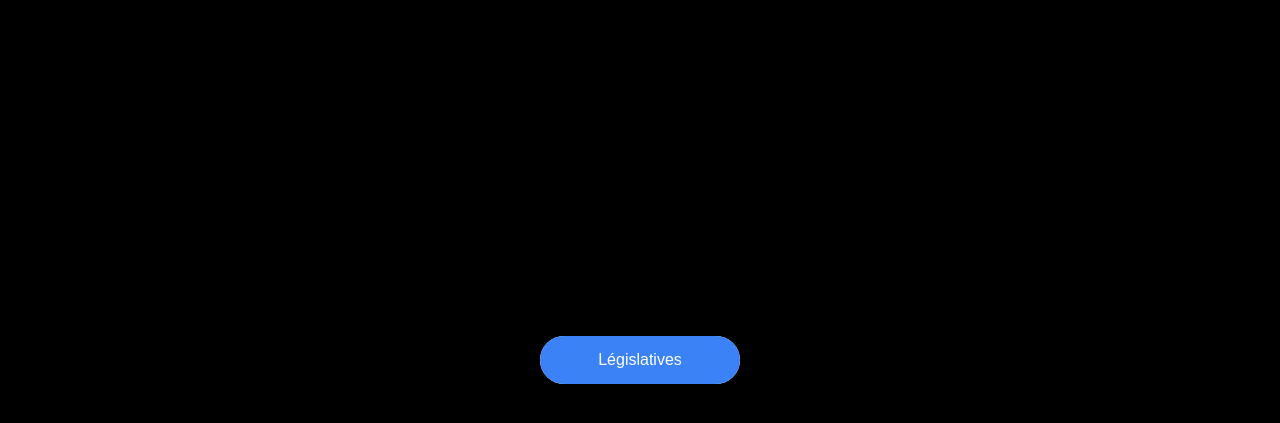
Repository: MDiouf9/legislatives
Page: /
These files come from the project's save history. The page is drawn as it stood at one moment and after the next save; the edit follows.
The browser window is 1280 px wide. The pictures show the whole page.
The project was rebuilt for these pictures with package versions that can differ from the ones it lists, and the page was loaded fresh each time. The framework's server and built-in components were replaced by stand-ins that run in the browser. Also part of the build but not shown: next.config.ts.

Above is the page before, as saved 2024-10-31 20:47:17.

### src/app/layout.tsx
import type { Metadata } from "next";
import localFont from "next/font/local";
import "./globals.css";


const geistSans = localFont({
  src: "./fonts/GeistVF.woff",
  variable: "--font-geist-sans",
  weight: "100 900",
});
const geistMono = localFont({
  src: "./fonts/GeistMonoVF.woff",
  variable: "--font-geist-mono",
  weight: "100 900",
});

export const metadata: Metadata = {
  title: "Legislatives 2024",
  description: " Pour mettre en avant les legislatives ",
};

export default function RootLayout({
  children,
}: Readonly<{
  children: React.ReactNode;
}>) {
  return (
    <html lang="en">
      <body
        className={`${geistSans.variable} ${geistMono.variable} antialiased`}
      >
        {children}
      </body>
    </html>
  );
}

### src/app/page.tsx
"use client"

import { Boutton } from "./Composants/Boutton"

export default function Page() {
  return (


  <div className="flex justify-center items-center min-h-screen">
   <div className="max-w-md ">
   {/* <button
  type="button"
  className="text-white bg-gradient-to-r from-green-600 via-yellow-500 to-red-600 hover:bg-gradient-to-br focus:ring-4 focus:outline-none focus:ring-yellow-300 dark:focus:ring-yellow-800 shadow-lg shadow-yellow-500/50 dark:shadow-lg dark:shadow-yellow-800/80 font-medium rounded-lg text-sm px-5 py-2.5 text-center me-2 mb-2"
>
  Legislatives

</button> */}
<Boutton/>
   </div>

  </div>
   )
}

### src/app/globals.css
@tailwind base;
@tailwind components;
@tailwind utilities;

/* :root {
  --background: #ffffff;
  --foreground: #171717;
}

@media (prefers-color-scheme: dark) {
  :root {
    --background: #0a0a0a;
    --foreground: #ededed;
  }
} */

body {
  /* color: var(--foreground);*/
  background: black;
  font-family: Arial, Helvetica, sans-serif;
}

### src/app/Composants/Boutton.tsx
"use client"
import React, { useState } from 'react'
import { AnimatePresence, motion } from 'framer-motion'
import { X } from 'lucide-react'

interface Logo {
  id: number;
  src: string;
  photo: string;
}

const logos: Logo[] = [
  { id: 1, src: '/pastef.jpg', photo: '/soko.jpg' },
  { id: 2, src: '/jame.jpg', photo: '/amaba.jpg' },
  { id: 3, src: '/samekadu.jpg', photo: '/bandit.jpg' }
];

export const Boutton = () => {
  const [isRevealed, setIsRevealed] = useState(false);
  const [selectedLogo, setSelectedLogo] = useState<Logo | null>(null);

  const containerVariants = {
    initial: { width: '200px', borderRadius: '9999px' },
    revealed: { width: '100%', borderRadius: '16px', transition: { duration: 0.5, ease: 'easeInOut' } }
  };

  const logoVariants = {
    initial: { opacity: 0, x: -20, display: 'none' },
    revealed: { opacity: 1, x: 0, display: 'flex', transition: { duration: 0.3, delay: 0.3 } }
  };

  const imageVariants = {
    initial: { opacity: 0, y: 20 },
    revealed: { opacity: 1, y: 0, transition: { duration: 0.3 } }
  };

  const toggleRevealed = () => setIsRevealed(!isRevealed);

  return (
    <motion.div
      className='bg-white shadow-lg rounded-full overflow-hidden'
      initial="initial"
      animate={isRevealed ? 'revealed' : 'initial'}
      variants={containerVariants}
    >
      {!isRevealed ? (
        <motion.button
          onClick={toggleRevealed}
          className="px-6 py-3 bg-blue-500 text-white w-full flex items-center justify-center"
          whileHover={{ scale: 1.05 }}
          whileTap={{ scale: 0.95 }}
        >
          Législatives
        </motion.button>
      ) : (
        <AnimatePresence>
          <motion.div
            className='flex items-center space-x-4 p-4'
            initial="initial"
            animate="revealed"
            exit="initial"
            variants={logoVariants}
          >
            {logos.map((logo) => (
              <motion.div
                className='relative'
                key={logo.id}
                onHoverStart={() => setSelectedLogo(logo)}
                onHoverEnd={() => setSelectedLogo(null)}
                whileHover={{ scale: 1.1 }}
              >
                <img src={logo.src} alt="logo parties" className='w-10 h-10 rounded-full cursor-pointer' />
              </motion.div>
            ))}
            <motion.button
              onClick={toggleRevealed}
              className="ml-auto bg-red-500 text-white p-2 rounded-full"
              whileHover={{ scale: 1.1 }}
              whileTap={{ scale: 0.9 }}
            >
              <X />
            </motion.button>
          </motion.div>
          <AnimatePresence>
            {selectedLogo && (
              <motion.div
              key={`selected-${selectedLogo.id}`}
                initial="initial"
                animate="revealed"
                exit="initial"
                variants={imageVariants}
                className="w-full max-w-2xl mt-4 mx-auto"
              >
                <img
                  src={selectedLogo.photo}
                  alt="Selected logo"
                  className="w-full h-48 object-cover rounded-lg shadow-lg"
                />
              </motion.div>
            )}
          </AnimatePresence>
        </AnimatePresence>
      )}
    </motion.div>
  );
};

Loaded but not shown: tailwind.config.ts (common file)

After the next save:
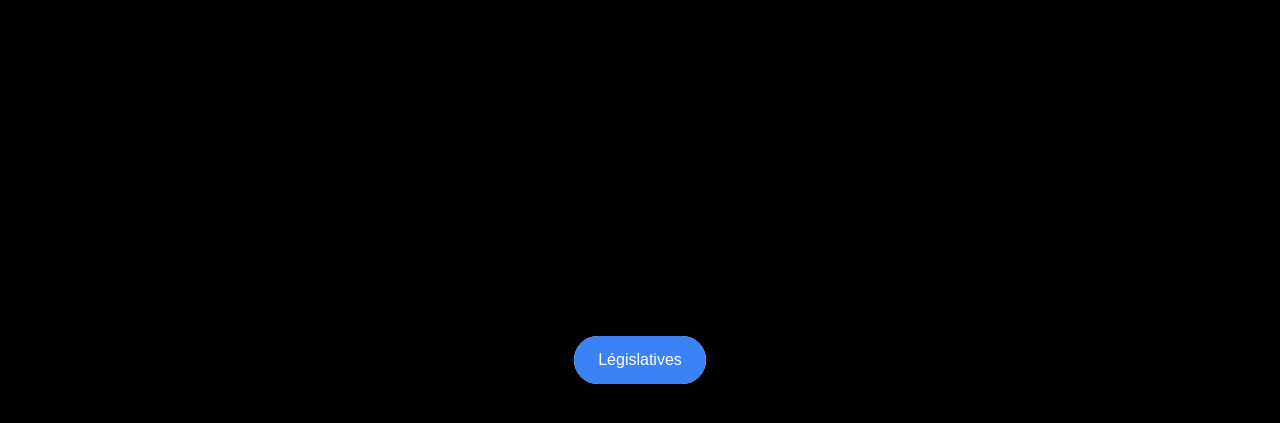
Saved 2 h 2 min later.
--- a/src/app/Composants/Boutton.tsx
+++ b/src/app/Composants/Boutton.tsx
@@ -1,7 +1,7 @@
-"use client"
-import React, { useState } from 'react'
-import { AnimatePresence, motion } from 'framer-motion'
-import { X } from 'lucide-react'
+"use client";
+import React, { useState } from 'react';
+import { AnimatePresence, motion } from 'framer-motion';
+import { X } from 'lucide-react';
 
 interface Logo {
   id: number;
@@ -19,21 +19,6 @@
   const [isRevealed, setIsRevealed] = useState(false);
   const [selectedLogo, setSelectedLogo] = useState<Logo | null>(null);
 
-  const containerVariants = {
-    initial: { width: '200px', borderRadius: '9999px' },
-    revealed: { width: '100%', borderRadius: '16px', transition: { duration: 0.5, ease: 'easeInOut' } }
-  };
-
-  const logoVariants = {
-    initial: { opacity: 0, x: -20, display: 'none' },
-    revealed: { opacity: 1, x: 0, display: 'flex', transition: { duration: 0.3, delay: 0.3 } }
-  };
-
-  const imageVariants = {
-    initial: { opacity: 0, y: 20 },
-    revealed: { opacity: 1, y: 0, transition: { duration: 0.3 } }
-  };
-
   const toggleRevealed = () => setIsRevealed(!isRevealed);
 
   return (
@@ -41,14 +26,11 @@
       className='bg-white shadow-lg rounded-full overflow-hidden'
       initial="initial"
       animate={isRevealed ? 'revealed' : 'initial'}
-      variants={containerVariants}
     >
       {!isRevealed ? (
         <motion.button
           onClick={toggleRevealed}
           className="px-6 py-3 bg-blue-500 text-white w-full flex items-center justify-center"
-          whileHover={{ scale: 1.05 }}
-          whileTap={{ scale: 0.95 }}
         >
           Législatives
         </motion.button>
@@ -59,15 +41,13 @@
             initial="initial"
             animate="revealed"
             exit="initial"
-            variants={logoVariants}
           >
             {logos.map((logo) => (
               <motion.div
+                key={logo.id} // Clé unique pour chaque logo
                 className='relative'
-                key={logo.id}
                 onHoverStart={() => setSelectedLogo(logo)}
                 onHoverEnd={() => setSelectedLogo(null)}
-                whileHover={{ scale: 1.1 }}
               >
                 <img src={logo.src} alt="logo parties" className='w-10 h-10 rounded-full cursor-pointer' />
               </motion.div>
@@ -75,8 +55,6 @@
             <motion.button
               onClick={toggleRevealed}
               className="ml-auto bg-red-500 text-white p-2 rounded-full"
-              whileHover={{ scale: 1.1 }}
-              whileTap={{ scale: 0.9 }}
             >
               <X />
             </motion.button>
@@ -84,11 +62,10 @@
           <AnimatePresence>
             {selectedLogo && (
               <motion.div
-              key={`selected-${selectedLogo.id}`}
+                key={`selected-${selectedLogo.id}`} // Clé unique pour l'image sélectionnée
                 initial="initial"
                 animate="revealed"
                 exit="initial"
-                variants={imageVariants}
                 className="w-full max-w-2xl mt-4 mx-auto"
               >
                 <img

After the save that followed:
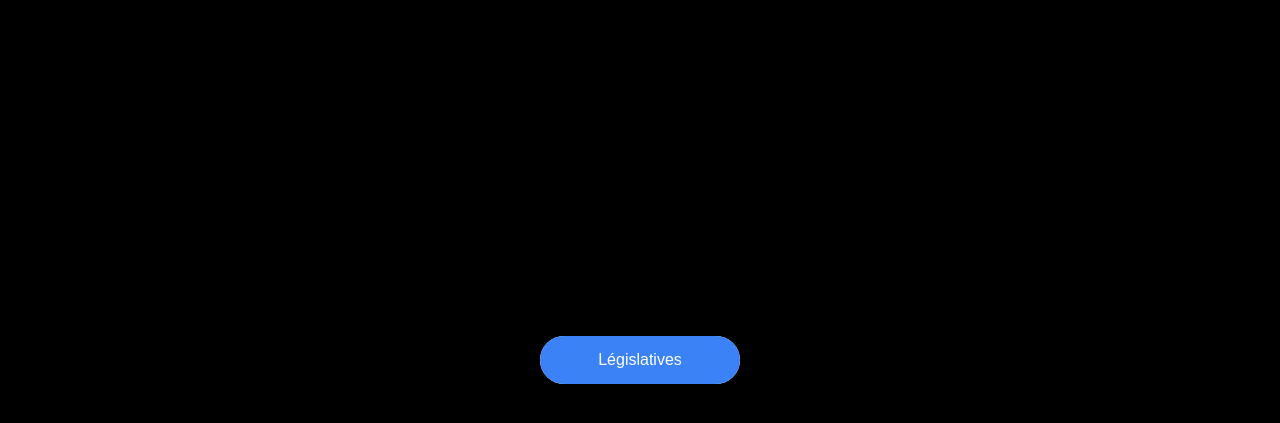
Saved 2 min 11 s later.
--- a/src/app/Composants/Boutton.tsx
+++ b/src/app/Composants/Boutton.tsx
@@ -19,6 +19,21 @@
   const [isRevealed, setIsRevealed] = useState(false);
   const [selectedLogo, setSelectedLogo] = useState<Logo | null>(null);
 
+  const containerVariants = {
+    initial: { width: '200px', borderRadius: '9999px' },
+    revealed: { width: '100%', borderRadius: '16px', transition: { duration: 0.5, ease: 'easeInOut' } }
+  };
+
+  const logoVariants = {
+    initial: { opacity: 0, x: -20 },
+    revealed: { opacity: 1, x: 0, transition: { duration: 0.3 } }
+  };
+
+  const imageVariants = {
+    initial: { opacity: 0, y: 20 },
+    revealed: { opacity: 1, y: 0, transition: { duration: 0.3 } }
+  };
+
   const toggleRevealed = () => setIsRevealed(!isRevealed);
 
   return (
@@ -26,6 +41,7 @@
       className='bg-white shadow-lg rounded-full overflow-hidden'
       initial="initial"
       animate={isRevealed ? 'revealed' : 'initial'}
+      variants={containerVariants}
     >
       {!isRevealed ? (
         <motion.button
@@ -48,6 +64,8 @@
                 className='relative'
                 onHoverStart={() => setSelectedLogo(logo)}
                 onHoverEnd={() => setSelectedLogo(null)}
+                whileHover={{ scale: 1.1 }}
+                variants={logoVariants}
               >
                 <img src={logo.src} alt="logo parties" className='w-10 h-10 rounded-full cursor-pointer' />
               </motion.div>
@@ -62,10 +80,11 @@
           <AnimatePresence>
             {selectedLogo && (
               <motion.div
-                key={`selected-${selectedLogo.id}`} // Clé unique pour l'image sélectionnée
+                key={`selected-${Date.now()}`} // Utilisation de Date.now() pour une clé unique
                 initial="initial"
                 animate="revealed"
                 exit="initial"
+                variants={imageVariants}
                 className="w-full max-w-2xl mt-4 mx-auto"
               >
                 <img
